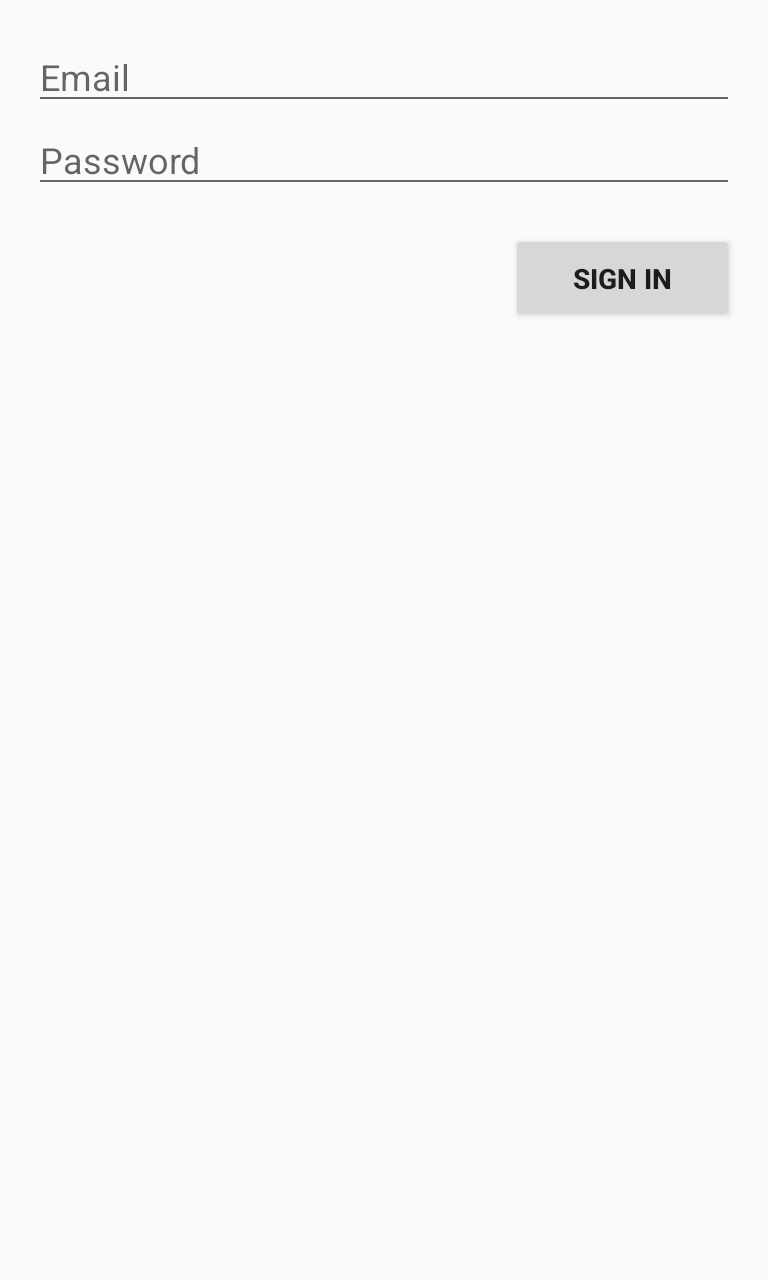
Repository: madhavitikhe/photosynq-app
Layout: PhotoSynq/res/layout/activity_login.xml
The author's editor kept a copy of each file at every save. The layout is drawn from the files as they stood at one save, then again after the next save.
It is drawn on a 768 x 1280 px phone screen (xhdpi) without system bars, with theme AppTheme; the app's code is not run.

Above is the layout before, as saved 2014-04-11 10:27:59.

### PhotoSynq/res/layout/activity_login.xml
<merge xmlns:android="http://schemas.android.com/apk/res/android"
    xmlns:tools="http://schemas.android.com/tools"
    tools:context="com.photosynq.app.LoginActivity" >

    <!-- Login progress -->

    <LinearLayout
        android:id="@+id/login_status"
        android:layout_width="wrap_content"
        android:layout_height="wrap_content"
        android:layout_gravity="center"
        android:gravity="center_horizontal"
        android:orientation="vertical"
        android:visibility="gone" >

        <ProgressBar
            style="?android:attr/progressBarStyleLarge"
            android:layout_width="wrap_content"
            android:layout_height="wrap_content"
            android:layout_marginBottom="8dp" />

        <TextView
            android:id="@+id/login_status_message"
            android:layout_width="wrap_content"
            android:layout_height="wrap_content"
            android:layout_marginBottom="16dp"
            android:fontFamily="sans-serif-light"
            android:text="@string/login_progress_signing_in"
            android:textAppearance="?android:attr/textAppearanceMedium" />
    </LinearLayout>

    <!-- Login form -->

    <ScrollView
        android:id="@+id/login_form"
        android:layout_width="match_parent"
        android:layout_height="match_parent" >

        <LinearLayout
            style="@style/LoginFormContainer"
            android:orientation="vertical" >

            <EditText
                android:id="@+id/email"
                android:layout_width="match_parent"
                android:layout_height="wrap_content"
                android:hint="@string/prompt_email"
                android:inputType="textEmailAddress"
                android:maxLines="1"
                android:singleLine="true" />

            <EditText
                android:id="@+id/password"
                android:layout_width="match_parent"
                android:layout_height="wrap_content"
                android:hint="@string/prompt_password"
                android:imeActionId="@+id/login"
                android:imeActionLabel="@string/action_sign_in_short"
                android:imeOptions="actionUnspecified"
                android:inputType="textPassword"
                android:maxLines="1"
                android:singleLine="true" />

            <Button
                android:id="@+id/sign_in_button"
                android:layout_width="wrap_content"
                android:layout_height="wrap_content"
                android:layout_gravity="right"
                android:layout_marginTop="16dp"
                android:paddingLeft="32dp"
                android:paddingRight="32dp"
                android:text="@string/action_sign_in_register" />
        </LinearLayout>
    </ScrollView>

</merge>

### PhotoSynq/res/values/styles.xml
<?xml version="1.0" encoding="utf-8"?>
<resources>

    <!--
        Base application theme, dependent on API level. This theme is replaced
        by AppBaseTheme from res/values-vXX/styles.xml on newer devices.
    -->
    <style name="AppBaseTheme" parent="Theme.AppCompat.Light">
        <!--
            Theme customizations available in newer API levels can go in
            res/values-vXX/styles.xml, while customizations related to
            backward-compatibility can go here.
        -->
    </style>

    <!-- Application theme. -->
    <style name="AppTheme" parent="AppBaseTheme">
        <!-- All customizations that are NOT specific to a particular API-level can go here. -->
    </style>

    <style name="LoginFormContainer">
        <item name="android:layout_width">match_parent</item>
        <item name="android:layout_height">wrap_content</item>
        <item name="android:padding">16dp</item>
    </style>

    <style name="DarkActionBar" parent="@style/Theme.AppCompat.Light.DarkActionBar">
    </style>

    <style name="Liveo.TitleTextStyle" parent="@style/TextAppearance.AppCompat.Widget.ActionBar.Title">
        <item name="android:textColor">@color/white</item>
        <item name="android:textStyle">normal</item>
    </style>

    <style name="Liveo.SubTitleTextStyle" parent="@style/TextAppearance.AppCompat.Widget.ActionBar.Subtitle">
        <item name="android:textColor">@color/white</item>
        <item name="android:textStyle">normal</item>
    </style>

</resources>

### PhotoSynq/res/values/strings_activity_login.xml
<resources>



    <!-- Strings related to login -->
    <string name="prompt_email">Email</string>
    <string name="prompt_password">Password</string>
    <string name="action_sign_in_register"><b>Sign in</b></string>
    <string name="action_sign_in_short">Sign in</string>
    <string name="action_forgot_password">Recover lost password</string>
    <string name="login_progress_signing_in">Signing in&#8230;</string>
    <string name="searching_devices">Searching devices&#8230;</string>
    <string name="error_invalid_email">This email address is invalid</string>
    <string name="error_invalid_password">This password is too short</string>
    <string name="error_incorrect_password">No connection or wrong credentials</string>
    <string name="error_field_required">This field is required</string>

</resources>

Loaded but not shown: PhotoSynq/res/values-v11/styles.xml (common file); PhotoSynq/res/values-v14/styles.xml (common file)

After the next save:
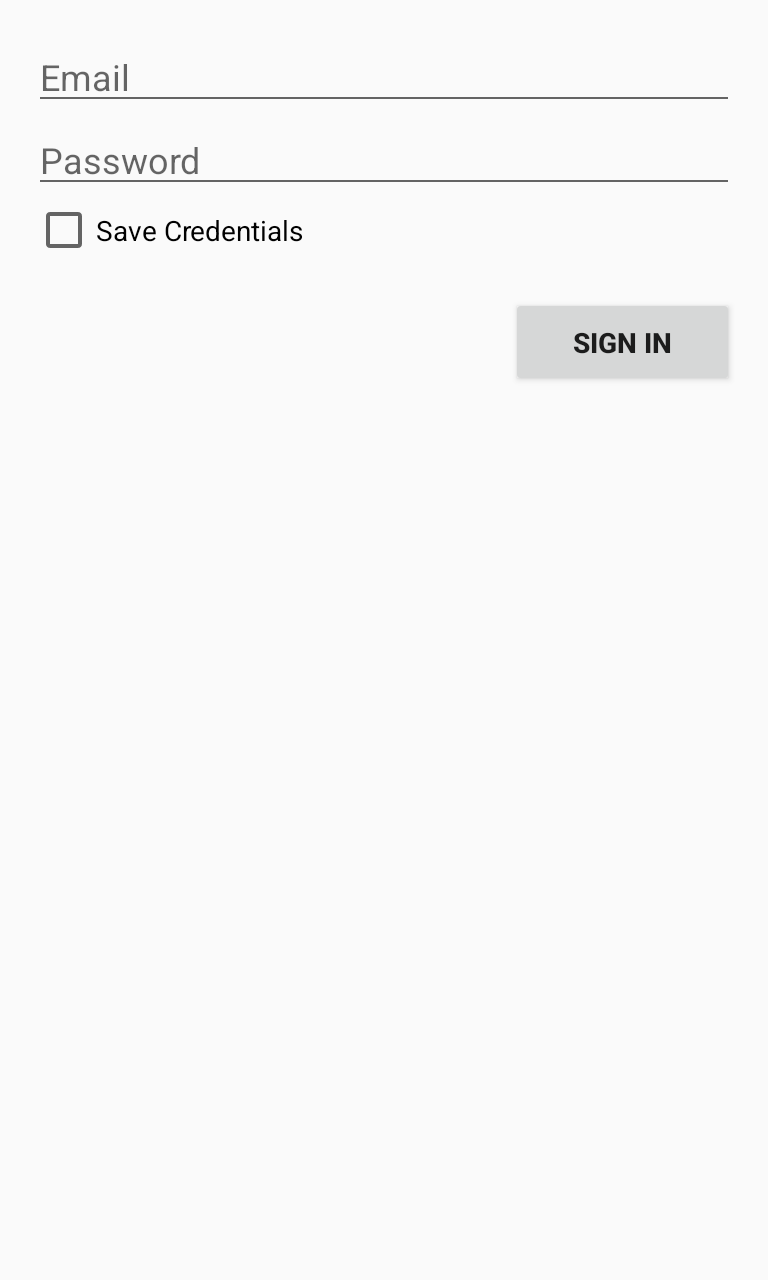
Saved 4 min 41 s later.
--- a/PhotoSynq/res/layout/activity_login.xml
+++ b/PhotoSynq/res/layout/activity_login.xml
@@ -1,5 +1,7 @@
 <merge xmlns:android="http://schemas.android.com/apk/res/android"
     xmlns:tools="http://schemas.android.com/tools"
+    android:layout_width="wrap_content"
+    android:layout_height="wrap_content"
     tools:context="com.photosynq.app.LoginActivity" >
 
     <!-- Login progress -->
@@ -38,6 +40,8 @@
 
         <LinearLayout
             style="@style/LoginFormContainer"
+            android:layout_width="match_parent"
+            android:layout_height="match_parent"
             android:orientation="vertical" >
 
             <EditText
@@ -60,6 +64,11 @@
                 android:inputType="textPassword"
                 android:maxLines="1"
                 android:singleLine="true" />
+            <CheckBox
+                android:id="@+id/save_credentials"
+                android:layout_width="wrap_content"
+                android:layout_height="wrap_content"
+                android:text="Save Credentials"/>
 
             <Button
                 android:id="@+id/sign_in_button"
@@ -70,6 +79,8 @@
                 android:paddingLeft="32dp"
                 android:paddingRight="32dp"
                 android:text="@string/action_sign_in_register" />
+
+
         </LinearLayout>
     </ScrollView>
 
